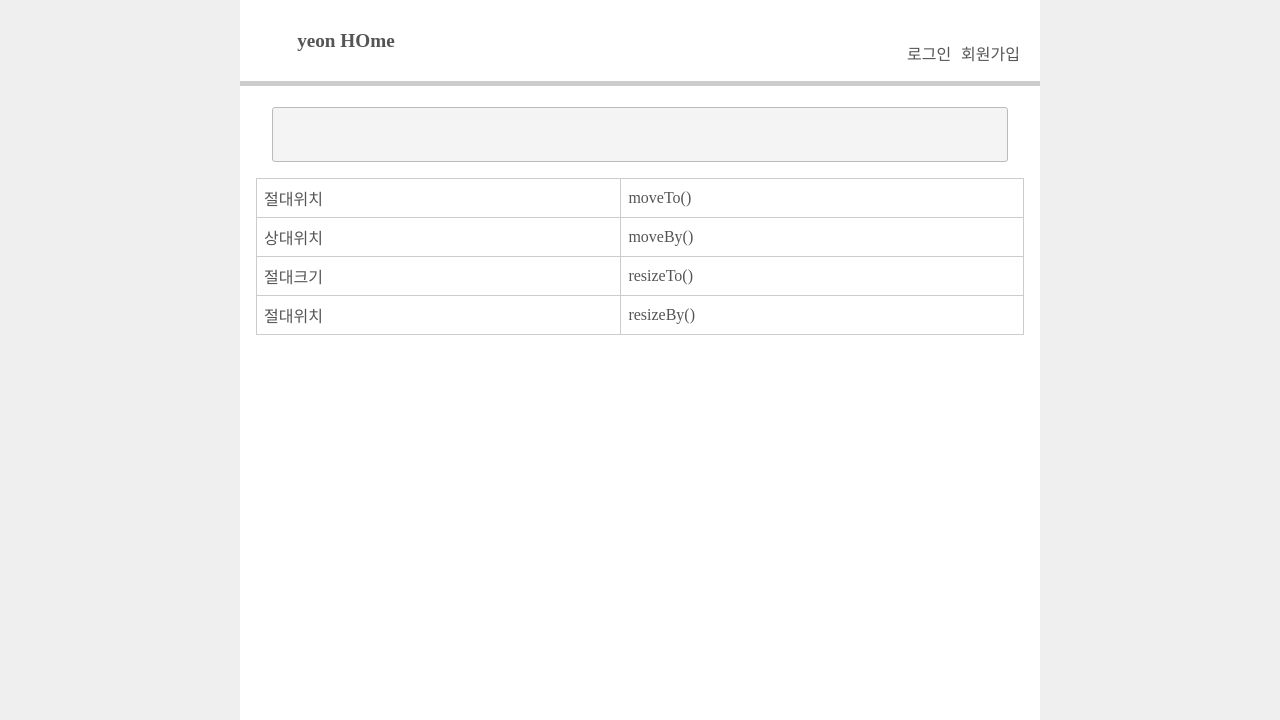
Repository: yeonhwa323/webPro
Page: webPro/src/main/webapp/javascript/days08/ex08_02.html
The author's editor kept a copy of each file at every save. The page is drawn from the files as they stood at one save, then again after the next save.
The browser window is 1280 px wide. The pictures show the whole page.
Some web fonts or font styles are not loaded; a fallback is used.

Above is the page before, as saved 2024-04-16 05:03:43.

After the next save:
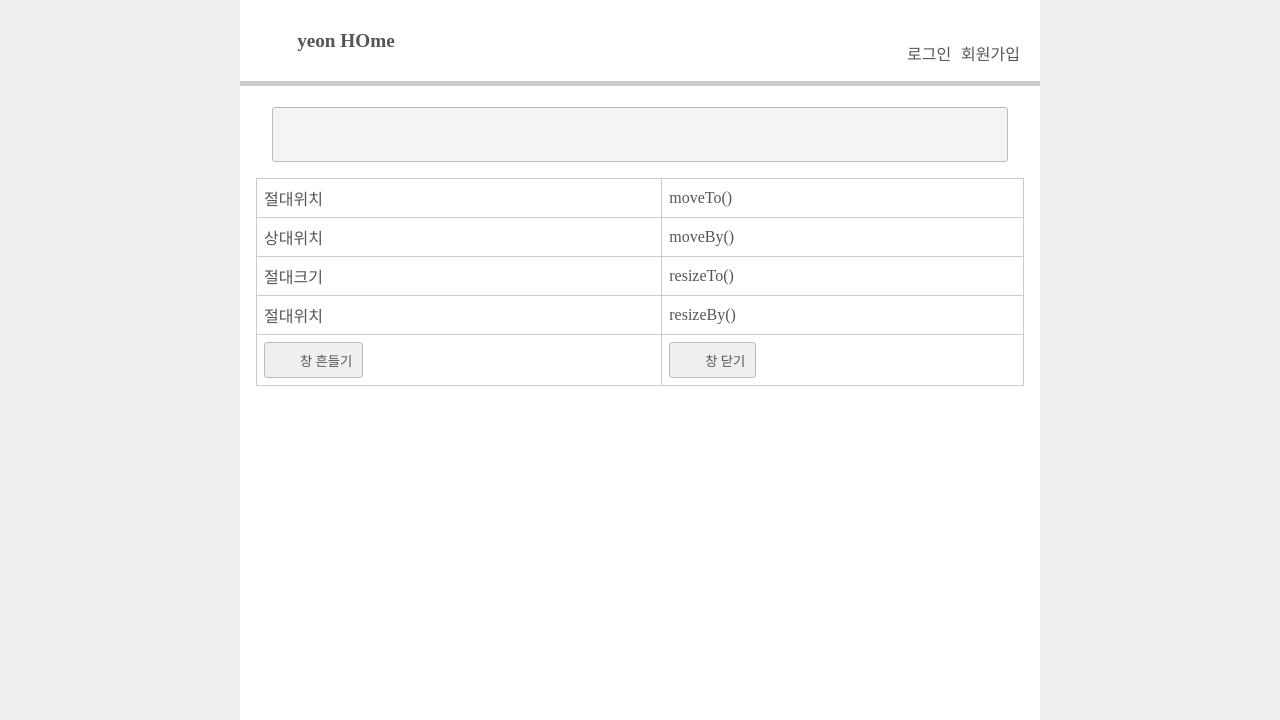
Saved 2 min 42 s later.
--- a/webPro/src/main/webapp/javascript/days08/ex08_02.html
+++ b/webPro/src/main/webapp/javascript/days08/ex08_02.html
@@ -43,10 +43,22 @@
   		<td>절대위치</td>
   		<td onclick="fn_resizeby()">resizeBy()</td>
   	</tr>
+  	<tr>
+  		<td><button onclick="win_shake();">창 흔들기</button></td>
+  		<td><button onclick="win_close();">창 닫기</button></td>
+  	</tr>
   </table>
-
 
 </div>
 
+ <script>
+   function fn_moveto(){ window.moveTo(10,10); }
+   function fn_moveby(){ window.moveBy(10,10); }
+   function fn_resizeto(){ window.resizeTo(10,10); }
+   function fn_resizeby(){ window.resizeBy(10,10); }
+   function win_shake(){  }
+   function win_close(){ self.close(); }
+ </script>
+
 </body>
 </html>
